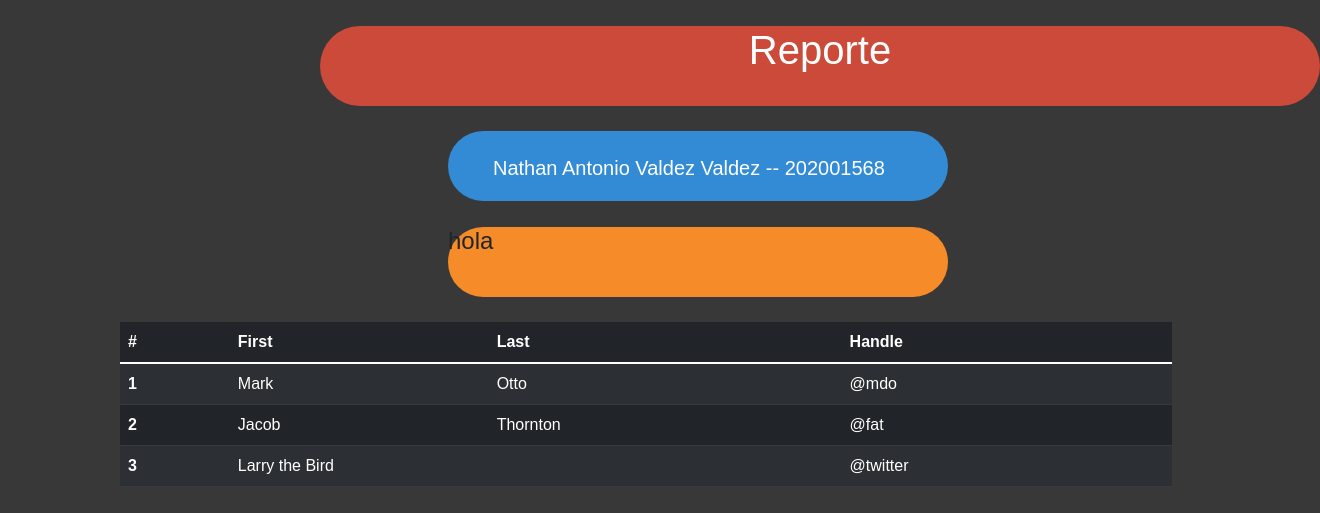
Repository: nathanvdev/LFP_PR_202001568
Page: plantilla.html
An editor plug-in stored every save of this project. The page is shown before and after the next save, followed by the edit.
The browser window is 1280 px wide. The page is 1320 px wide, so the pictures cover 1320 px, including what lies to the right of the window. The pictures show the whole page.

Above is the page before, as saved 2022-02-19 19:14:48.

### plantilla.html

<!DOCTYPE html>
<html lang="en">
<head>
    <meta charset="UTF-8">
    <meta http-equiv="X-UA-Compatible" content="IE=edge">
    <meta name="viewport" content="width=device-width, initial-scale=1.0">
    <link href="https://cdn.jsdelivr.net/npm/bootstrap@5.1.3/dist/css/bootstrap.min.css" rel="stylesheet" integrity="sha384-1BmE4kWBq78iYhFldvKuhfTAU6auU8tT94WrHftjDbrCEXSU1oBoqyl2QvZ6jIW3" crossorigin="anonymous">
    <title>Document</title>
</head>
<style>
    body{
        font-family: sans-serif;
    }
    .titlebox{
        background-color: rgb(204, 74, 57);
        height: 80px;
        width: 1000px;
        margin: 2%;
        margin-left: 25%;
        border-radius: 45px;

        text-align: center;
        display: flex;
        justify-content: center;
    }
    .PersonalInfo{
        background-color: rgb(50, 139, 212);
        height: 70px;
        width: 500px;
        margin: 2%;
        margin-top: 0px;
        margin-left: 35%;
        border-radius: 45px;

    }
    .tabla{
        width: 90%;
        height: auto;
        margin: 20px;
        padding-left: 100px;

    }
    .Datos{
        background-color: rgb(246, 140, 41);
        height: 70px;
        width: 500px;
        margin: 2%;
        margin-top: 0px;
        margin-left: 35%;
        border-radius: 45px;
    }
</style>
<body style="background-color: rgb(56, 56, 56);">
    <div class="titlebox">
        <h1 style="color: white;">Reporte</h1>
    </div>
    <div class="PersonalInfo">
        <h3 style="color: white;
        margin: 5%; float: left; font-size: 20px; padding-left: 20px;">
            Nathan Antonio Valdez Valdez  --  202001568
        </h3>
    </div>

    <div class="Datos">
        <h4>
            hola
        </h4>
    </div>

    <div class="tabla">
    <table class="table table-dark table-striped">
        <thead>
          <tr>
            <th scope="col">#</th>
            <th scope="col">First</th>
            <th scope="col">Last</th>
            <th scope="col">Handle</th>
          </tr>
        </thead>
        <tbody>
          <tr>
            <th scope="row">1</th>
            <td>Mark</td>
            <td>Otto</td>
            <td>@mdo</td>
          </tr>
          <tr>
            <th scope="row">2</th>
            <td>Jacob</td>
            <td>Thornton</td>
            <td>@fat</td>
          </tr>
          <tr>
            <th scope="row">3</th>
            <td colspan="2">Larry the Bird</td>
            <td>@twitter</td>
          </tr>
        </tbody>
      </table>
    </div>
</body>
</html>

After the next save:
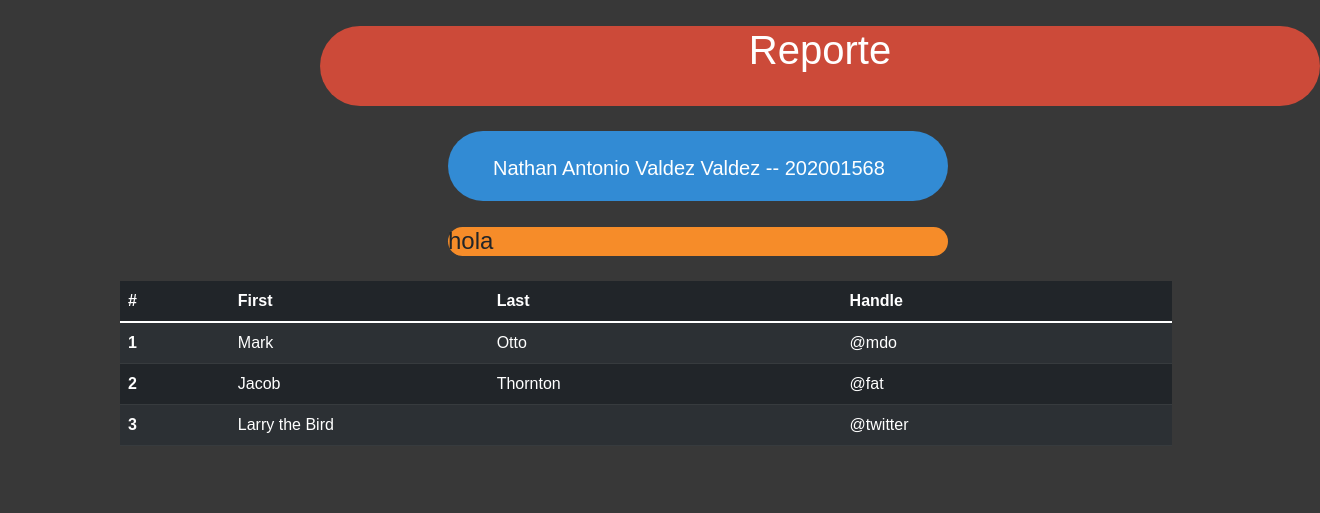
Saved 6 s later.
--- a/plantilla.html
+++ b/plantilla.html
@@ -43,7 +43,7 @@
     }
     .Datos{
         background-color: rgb(246, 140, 41);
-        height: 70px;
+        height: auto;
         width: 500px;
         margin: 2%;
         margin-top: 0px;
